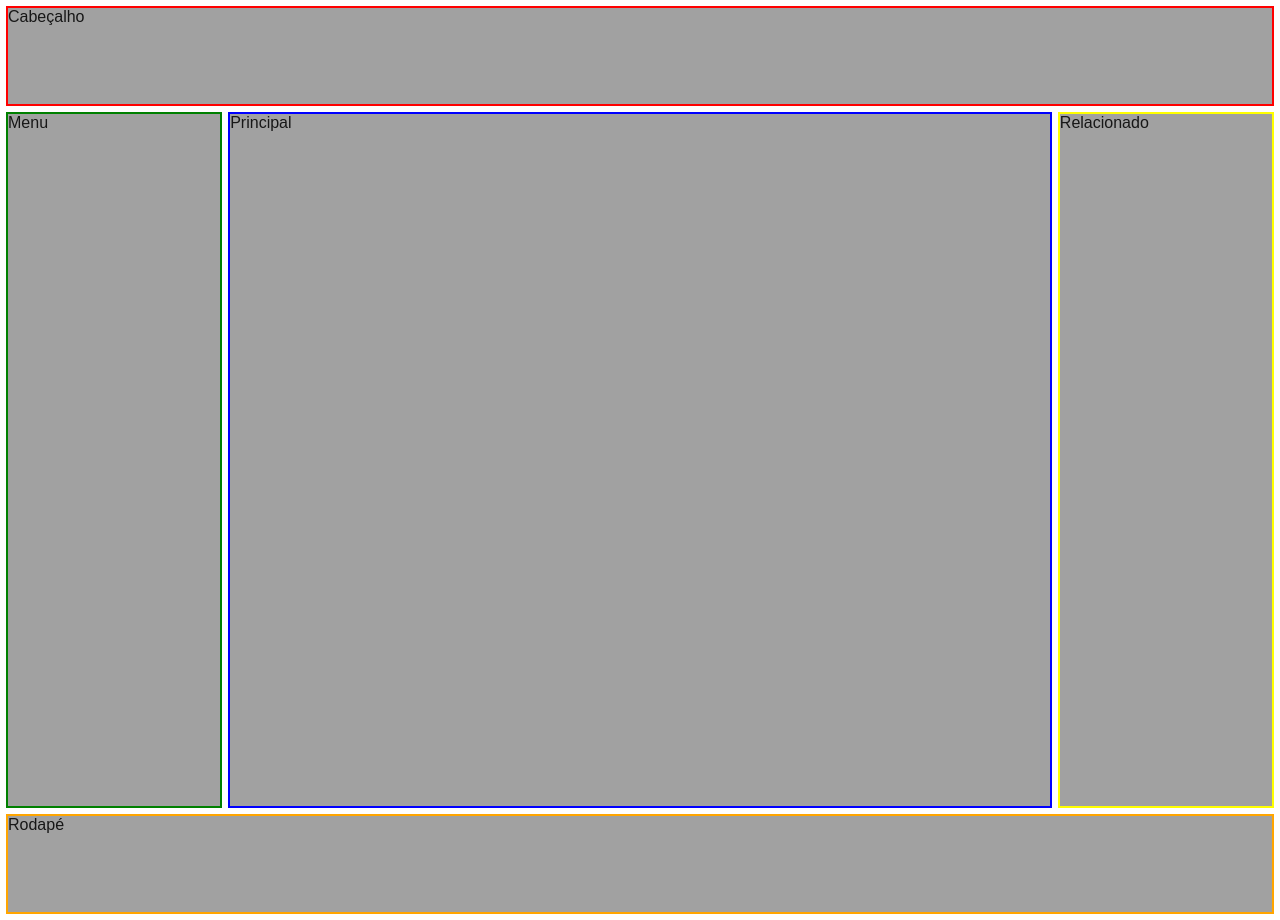
Repository: AleOi3/htmlTemplate
Page: /temp_one
The author's editor kept a copy of each file at every save. The page is drawn from the files as they stood at one save, then again after the next save.
The browser window is 1280 px wide. The pictures show the whole page.
The project was rebuilt for these pictures with package versions that can differ from the ones it lists, and the page was loaded fresh each time. The framework's server and built-in components were replaced by stand-ins that run in the browser. Also part of the build but not shown: next.config.ts.

Above is the page before, as saved 2024-12-09 01:35:53.

After the next save:
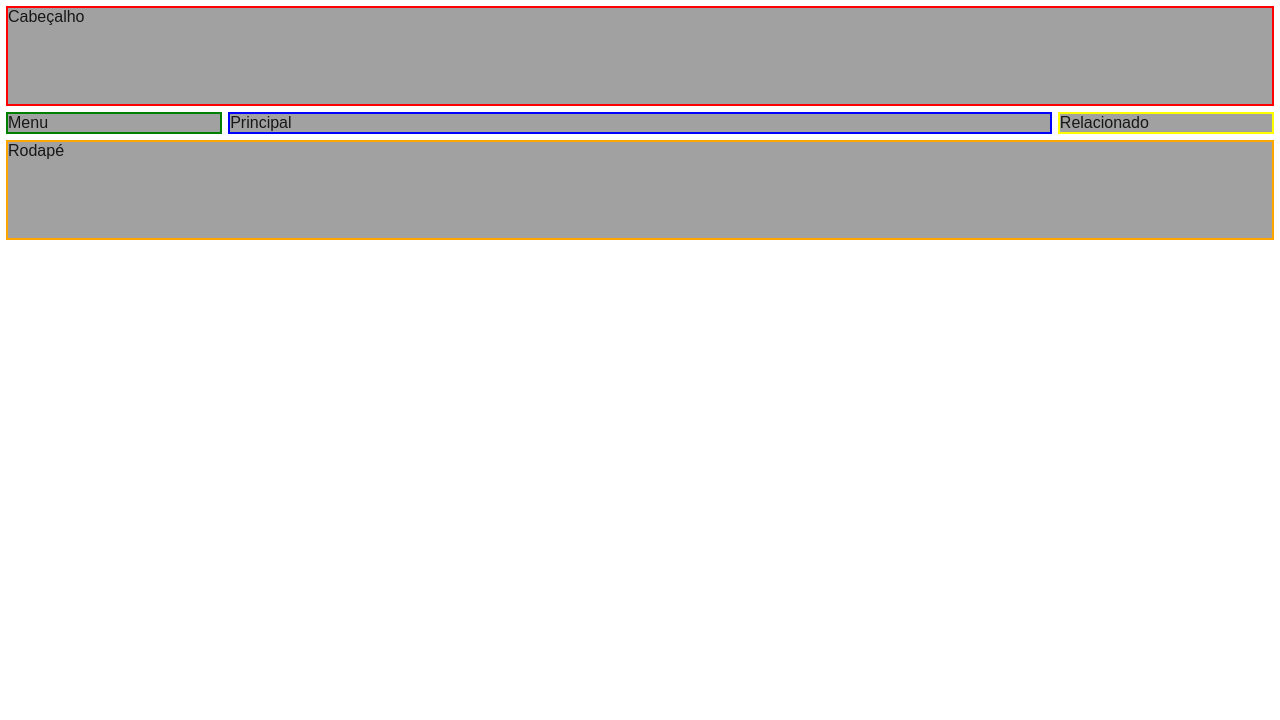
Saved 50 s later.
--- a/src/app/temp_one/page.tsx
+++ b/src/app/temp_one/page.tsx
@@ -42,7 +42,7 @@ const TemplateOnePage = () => {
             display: 'flex',
             flex: `1 1 ${navWidth}px`,
             // flex: '1 1 200px',
-            height: mainHeight,
+            // height: mainHeight,
             background: '#a1a1a1'
 
         }}>Menu</nav>

After the save that followed:
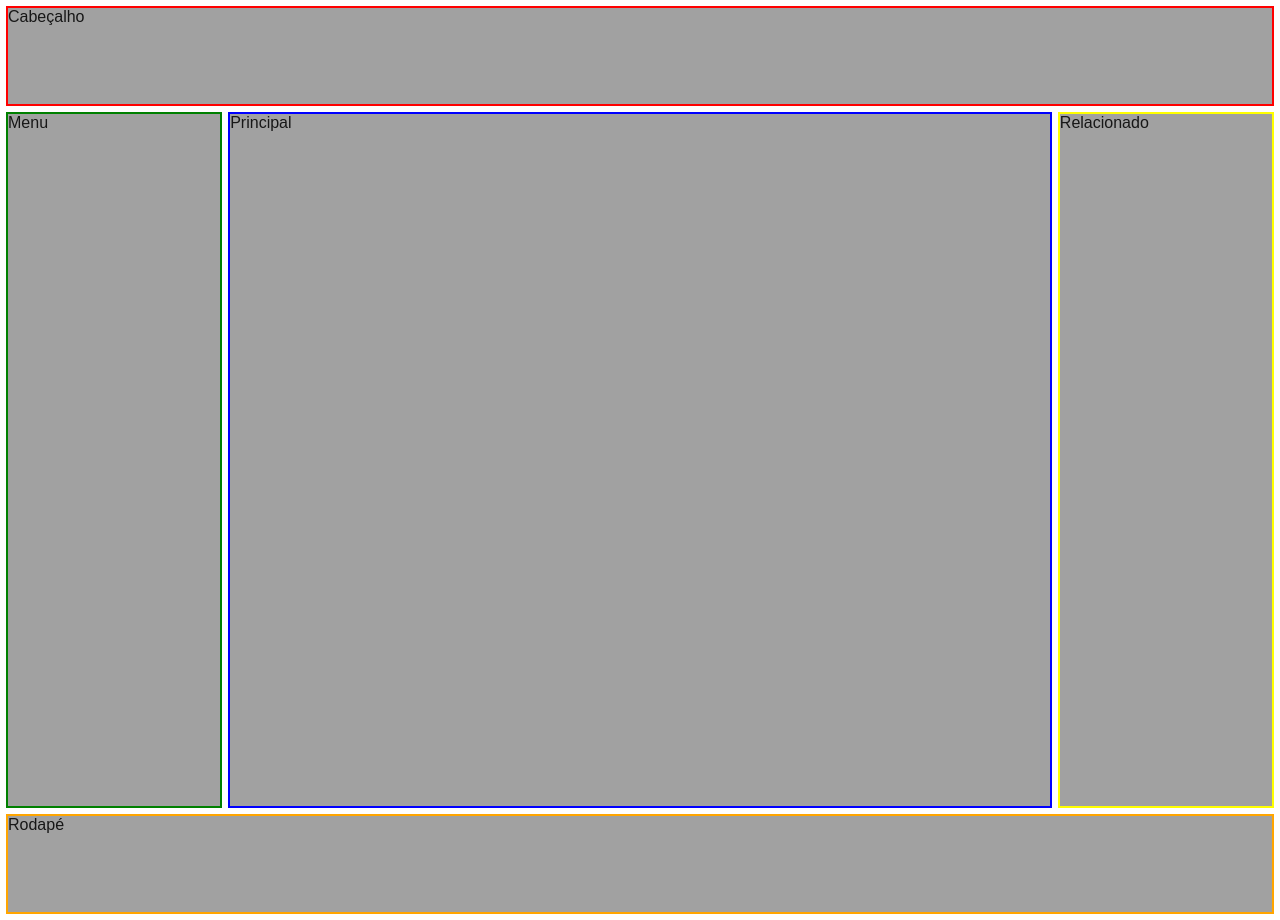
Saved 44 s later.
--- a/src/app/temp_one/page.tsx
+++ b/src/app/temp_one/page.tsx
@@ -52,7 +52,7 @@ const TemplateOnePage = () => {
             display: 'flex',
             flex: `20 1 ${mainWidth}px`,
             background: '#a1a1a1',
-            // height: "calc(100vh - 224px)"
+            height: mainHeight
 
         }}>Principal</main>
         <aside style={{
